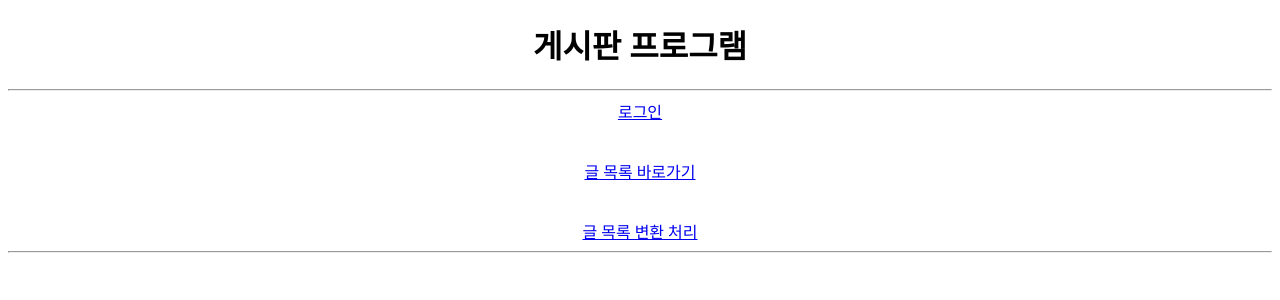
Repository: kevin1229/springTest
Page: http://localhost/BoardWeb/
An editor plug-in stored every save of this project. The page is shown before and after the next save, followed by the edit.
The browser window is 1280 px wide. The pictures show the whole page.
The page is served by Tomcat 9. Nobody is signed in. The application's start-up code is not run. Other server files are loaded and not shown.

Above is the page before, as saved 2020-04-05 13:34:44.

### BoardWeb/src/main/webapp/index.jsp
<%@ page language="java" contentType="text/html; charset=UTF-8"
    pageEncoding="UTF-8"%>
<!DOCTYPE html PUBLIC "-//W3C//DTD HTML 4.01 Transitional//EN"
					  "http://www.w3.org/TR/html4/loose.dtd">
<html>
<head>
<meta http-equiv="Content-Type" content="text/html; charset=UTF-8">
<title>Main Page</title>
</head>

<body>
	<center>
		<h1>게시판 프로그램</h1>
		<hr>
			<a href="login.do">로그인</a><br><br><br>
			<a href="getBoardList.do">글 목록 바로가기</a><br><br><br>
			<a href="dataTransform.do">글 목록 변환 처리</a><br>
		<hr>
	</center>
</body>
</html>

After the next save:
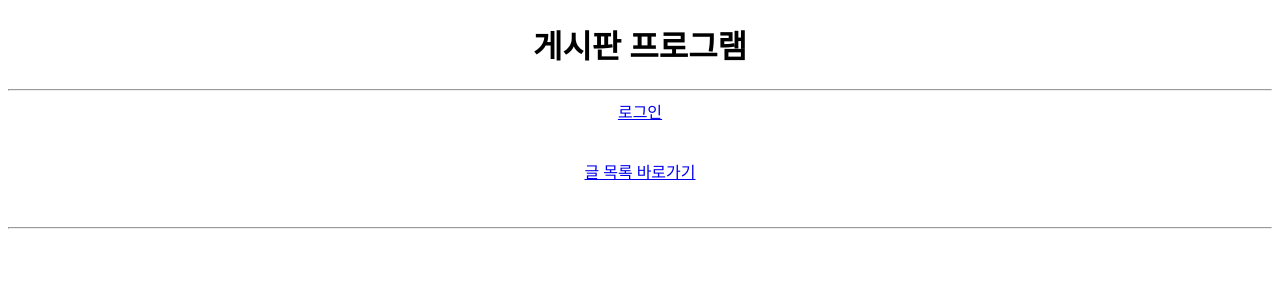
Saved 3 min 56 s later.
--- a/BoardWeb/src/main/webapp/index.jsp
+++ b/BoardWeb/src/main/webapp/index.jsp
@@ -14,7 +14,9 @@
 		<hr>
 			<a href="login.do">로그인</a><br><br><br>
 			<a href="getBoardList.do">글 목록 바로가기</a><br><br><br>
+			<!--
 			<a href="dataTransform.do">글 목록 변환 처리</a><br>
+			-->
 		<hr>
 	</center>
 </body>
